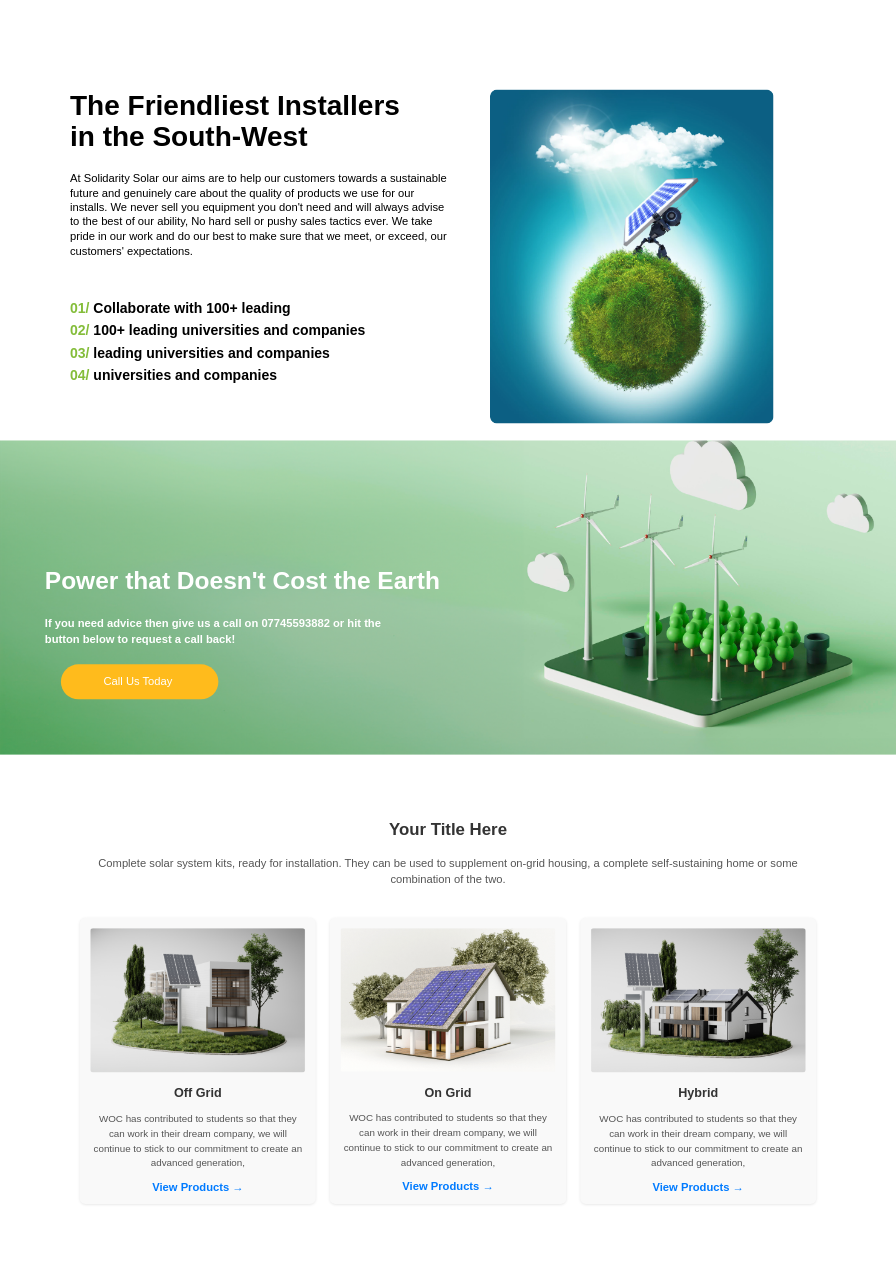
Repository: MaramNabil872/Landing-Page
Page: landingPage.html
The author's editor kept a copy of each file at every save. The page is drawn from the files as they stood at one save, then again after a run of saves.
The browser window is 1280 px wide. The pictures show the part of the page from y = 800 to 2720 px (the page is 2610 px tall before and 2720 px after), at 70% of full size.

Above is the page before, as saved 2024-10-20 22:12:04.

After the next 3 saves:
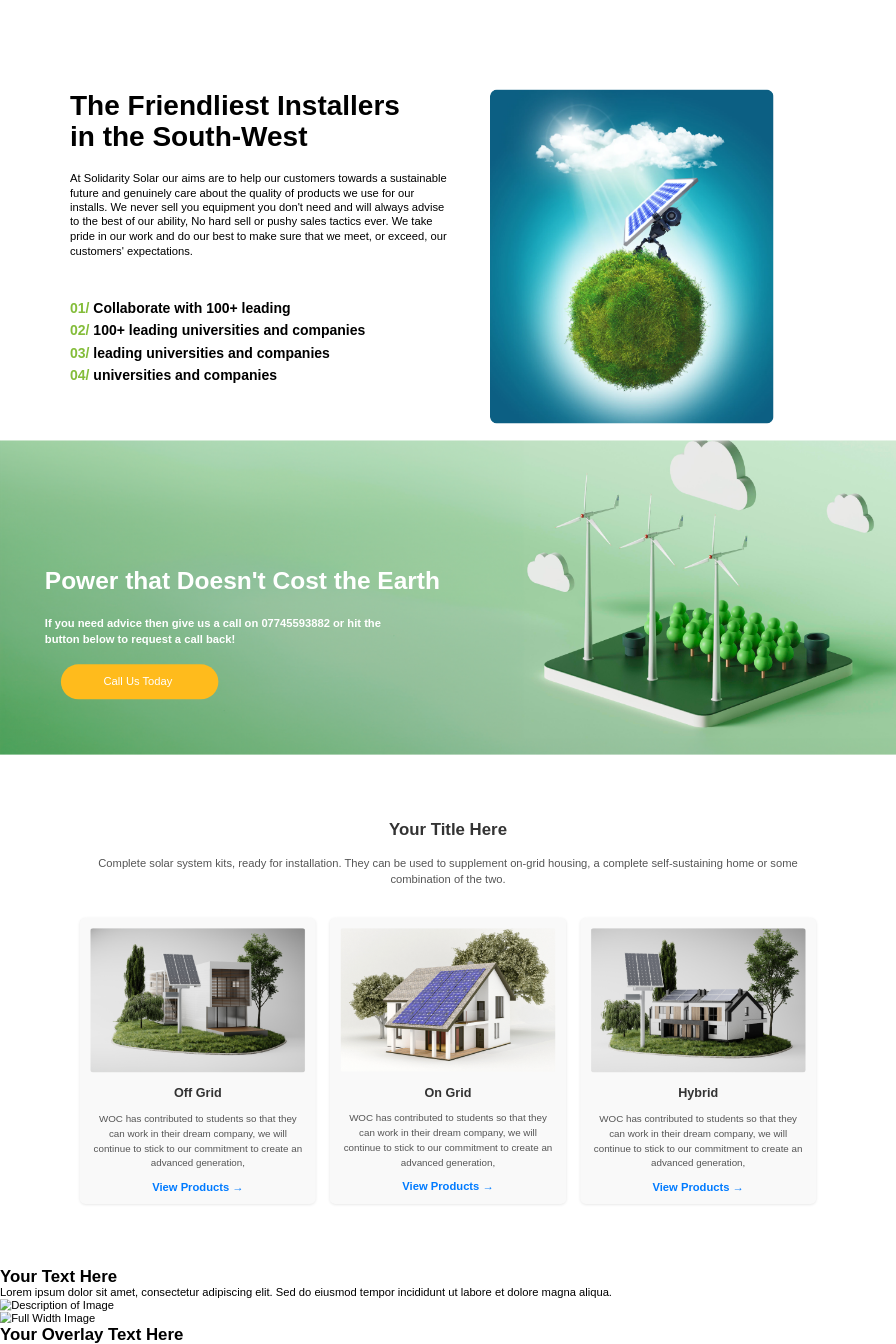
Not found: your-full-width-image.jpg
Not found: your-image.jpg
The 3 saves are shown as one change because they came seconds apart.
The last was saved 12 s later.
--- a/landingPage.html
+++ b/landingPage.html
@@ -157,6 +157,24 @@
             </div>
         </div>
 
+        <!-- forth section -->
+
+        <div class="container">
+            <div class="text-section">
+                <h2>Your Text Here</h2>
+                <p>Lorem ipsum dolor sit amet, consectetur adipiscing elit. Sed do eiusmod tempor incididunt ut labore et dolore magna aliqua.</p>
+            </div>
+            <div class="image-section">
+                <img src="your-image.jpg" alt="Description of Image">
+            </div>
+        </div>
+
+        <div class="full-width-image">
+            <img src="your-full-width-image.jpg" alt="Full Width Image">
+            <div class="overlay-text">
+                <h2>Your Overlay Text Here</h2>
+            </div>
+        </div>
 
     </body>
 </html>
